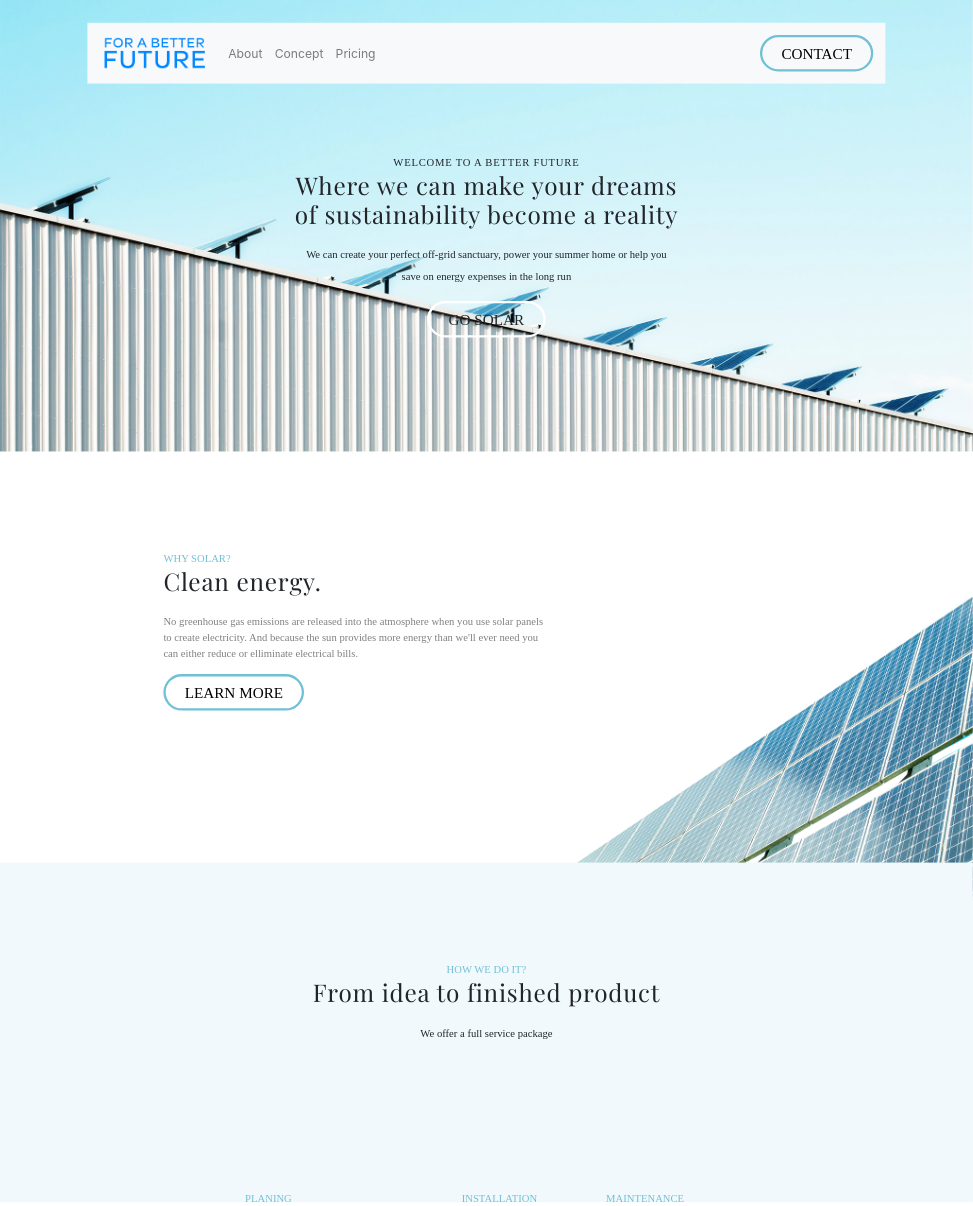
Repository: sabinemm/fabf
Page: index.html
The author's editor kept a record of every edit. The page is drawn from the files as they stood at one moment, then again after the next edit.
The browser window is 1280 px wide. The pictures show the whole page, at 76% of full size.
Backgrounds fixed to the window are drawn as part of the page. Some web fonts or font styles are not loaded; a fallback is used.

Above is the page before.

### index.html
<!DOCTYPE html>
<html lang="en">

<head>
    <meta charset="UTF-8">
    <meta name="viewport" content="width=device-width, initial-scale=1.0">
    <meta http-equiv="X-UA-Compatible" content="ie=edge">
    <link rel="stylesheet" href="style.css" type="text/css" />
    <link rel="stylesheet" href="https://stackpath.bootstrapcdn.com/bootstrap/4.3.1/css/bootstrap.min.css" integrity="sha384-ggOyR0iXCbMQv3Xipma34MD+dH/1fQ784/j6cY/iJTQUOhcWr7x9JvoRxT2MZw1T" crossorigin="anonymous">
    <link rel="stylesheet" media="screen" href="https://fontlibrary.org/face/roundo" type="text/css" />
    <link rel="stylesheet" media="screen" href="https://fontlibrary.org/face/source-sans-pro" type="text/css" />
    <link href="https://fonts.googleapis.com/css?family=Playfair+Display&display=swap" rel="stylesheet">
    <title>FOR A BETTER FUTURE</title>
</head>

<body>

    <!–-----– NAVBAR ------->

    <div class="container">
        <nav class="navbar navbar-fixed-top navbar-expand-lg navbar-light bg-light">
            <a class="navbar-brand" href="#">
          <img src="img/logo.svg" height="50px"alt="logo">
        </a>
            <button class="navbar-toggler" type="button" data-toggle="collapse" data-target="#navbarText" aria-controls="navbarText" aria-expanded="false" aria-label="Toggle navigation">
    <span class="navbar-toggler-icon"></span>
  </button>
            <div class="collapse navbar-collapse justify-content-center" id="navbarText">
                <ul class="navbar-nav mr-auto">
                    <li class="nav-item">
                        <a class="nav-link" href="#">About</a>
                    </li>
                    <li class="nav-item">
                        <a class="nav-link" href="#">Concept</a>
                    </li>
                    <li class="nav-item">
                        <a class="nav-link" href="#">Pricing</a>
                    </li>
                </ul>
                <span class="navbar-text">
          <button type="button" class="btn btn-blue-border">CONTACT</button>
    </span>
            </div>
        </nav>
    </div>

    <!–-----– FIRST SECTION ------->

    <section id="parallax">
        <div class="container">
            <div class="ltitle text-center">
                <p class="uppercase stitle">WELCOME TO A BETTER FUTURE</p>
                <h2> Where we can make your dreams <br> of sustainability become a reality </h2>
                <p class="tparagraph"> We can create your perfect off-grid sanctuary, power your summer home or help you <br> save on energy expenses in the long run</p>
                <button type="button" class="btn  btn-transp-white-border">GO SOLAR</button>
            </div>
        </div>
    </section>

    <!–-----– SECOND SECTION ------->

    <section id="clean">
        <div class="container container-fluid section-2">
            <div class="row">
                <div class="col col-md-6">
                    <p class="uppercase stitle stitle-blue">WHY SOLAR?</p>
                    <h2 class="ltitle ltitle2"> Clean energy.</h2>
                    <p class="tparagraph tparagraph2"> No greenhouse gas emissions are released into the atmosphere when you use solar panels to create electricity. And because the sun provides more energy than we'll ever need you can either reduce or elliminate electrical bills. </p>
                    <button type="button" class="btn btn-blue-border">LEARN MORE</button>

                </div>
            </div>

            <div class="container">
                <div class="col col-md-6 offset-md-6">
                    <img src="img/sidepanel.png" class="sidepanel"></img>
                </div>
            </div>
        </div>

    </section>

    <!–-----– THIRD SECTION ------->

    <section id="idea">
        <div class="idea-title text-center">
            <p class="uppercase stitle stitle-blue">HOW WE DO IT?</p>
            <h2 class="ltitle ltitle2"> From idea to finished product</h2>
            <p class="tparagraph">We offer a full service package</p>

        </div>
        <div class="container idea-table">
            <div class="row justify-content-center">
                <div class=" col-3 ">
                     <p class="uppercase stitle stitle-blue">PLANING</p>
                </div>
                <div class="col-2 ">
                     <p class="uppercase stitle stitle-blue">INSTALLATION</p>
                </div>
                <div class="col-2 ">
                     <p class="uppercase stitle stitle-blue">MAINTENANCE</p>
                </div>
            </div>

        </div>

    </section>

</body>

</html>

### style.css

/*-------------------navbar------------------*/

.navbar {
    margin-top: 30px;
    margin-left: 30px;
    margin-right: 30px;

}

@media (max-width:536px) {
    .navbar {
        margin-top: 15px;
        margin-left: 10px;
        margin-right: 10px;
    }
}

/*-------------------Buttons------------------*/

.btn-transp-white-border,
.btn-transp-white-border:hover,
.btn-transp-white-border:active,
.btn-transp-white-border:visited,
.btn-transp-white-border:active:focus,
.btn-transp-white-border:focus {
    background-color: rgba(0, 0, 0, 0);
    border: solid 3px white !important;
    border-radius: 30px !important;
    color: white;
    text-align: center;
    text-decoration: none;
    display: inline-block;
    font-size: 20px !important;
    font-family: 'SourceSansProRegular';
    padding-left: 25px !important;
    padding-right: 25px !important;
}


.btn-transp-white-border:hover {
    background-color: rgba(255, 255, 255, 0.5);
    padding-left: 25px;
    padding-right: 25px;
}


.btn-blue-border,
.btn-blue-border:hover,
.btn-blue-border:active,
.btn-blue-border:visited,
.btn-blue-border:active:focus,
.btn-blue-border:focus {
    background-color: rgba(0, 0, 0, 0) !important;
    border: solid 3px rgb(112, 192, 214) !important;
    border-radius: 30px !important;
    color: black !important;
    text-align: center;
    text-decoration: none;
    display: inline-block;
    font-size: 20px !important;
    font-family: 'SourceSansProRegular';
    padding-left: 25px !important;
    padding-right: 25px!important;
}

.btn-blue-border:hover {
    background-color: rgba(112, 192, 214, 0.5) !important;
    padding-left: 25px;
    padding-right: 25px;
}


/*-------------------SECTION 1 PAGE 1------------------*/

#parallax {
    background: url(img/1page1section.jpg);
    background-attachment: fixed;
    background-position: bottom;
    background-repeat: no-repeat;
    background-size: cover;
    margin-top: -110px;
}

@media (max-width:536px) {
    #parallax {
        margin-top: -110px;
    }
}

.stitle {
    font-size: 14px;
    font-family: 'RoundoRegular';
    font-weight: 500;
    font-style: normal;
    margin-bottom: -5px;
}

.ltitle {
    padding-top: 200px;
    font-family: 'Playfair Display';
    letter-spacing: 1px;
    line-height: 30px;
    padding-bottom: 150px;
}

@media (max-width:768px) {
    .ltitle {
        padding-top: 150px;
        padding-bottom: 100px;
    }
}

.tparagraph {
    padding-top: 10px;
    font-family: 'SourceSansProRegular';
    font-weight: normal;
    font-style: normal;
    font-size: 14px;
    letter-spacing: 0;
}

@media (max-width:768px) {
    br {
        display: none !important;
        visibility: hidden;
    }
}

/*-------------------SECTION 2 PAGE 1------------------*/
#clean {
    padding-left: 0;
}
@media (min-width:768px) {
#clean {
    padding-left: 200px;
}
}


.stitle-blue {
    color:rgb(112, 192, 214);
    padding-top: 70px;

}

@media (min-width:768px) {
    .stitle-blue {
        padding-top: 130px;
    }
}

.ltitle2 {
padding-top: 10px;
padding-bottom: 10px;
}

.tparagraph2 {
    color: gray;

}

.section-2 {
  padding-bottom: 100px;
}

.sidepanel {
position:relative;
float: right;
height:400px;
margin-top: -150px;
margin-right: -45px;
z-index: -1;
}

/*-------------------SECTION 3 PAGE 1------------------*/

#idea {
    background-color: rgb(242, 249,252);
}

.idea-title {;
    padding-bottom: 50px;
    margin-top: 100px;
}

After the next edit:
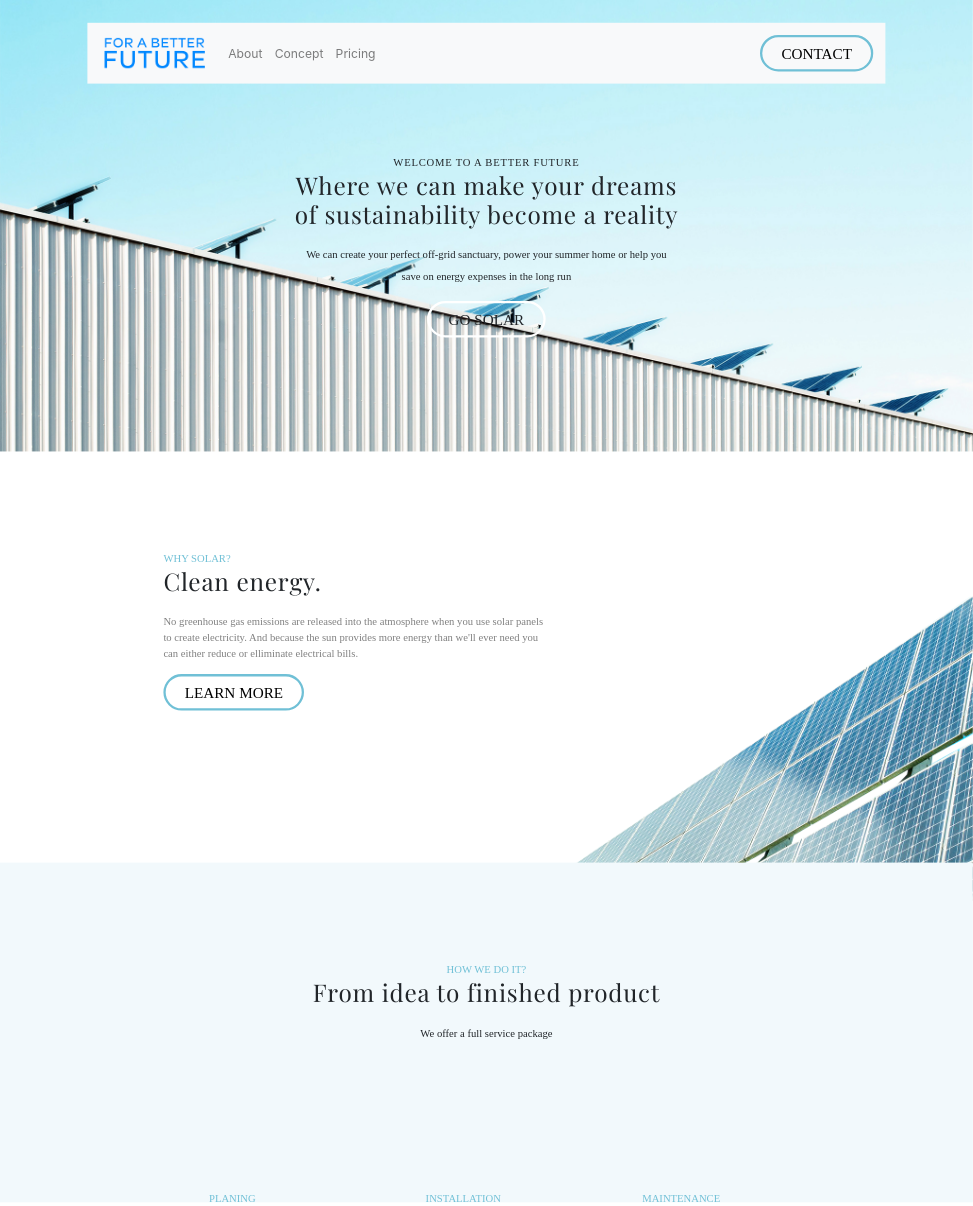
The edit:
--- a/index.html
+++ b/index.html
@@ -94,7 +94,7 @@
                 <div class=" col-3 ">
                      <p class="uppercase stitle stitle-blue">PLANING</p>
                 </div>
-                <div class="col-2 ">
+                <div class="col-3 ">
                      <p class="uppercase stitle stitle-blue">INSTALLATION</p>
                 </div>
                 <div class="col-2 ">
